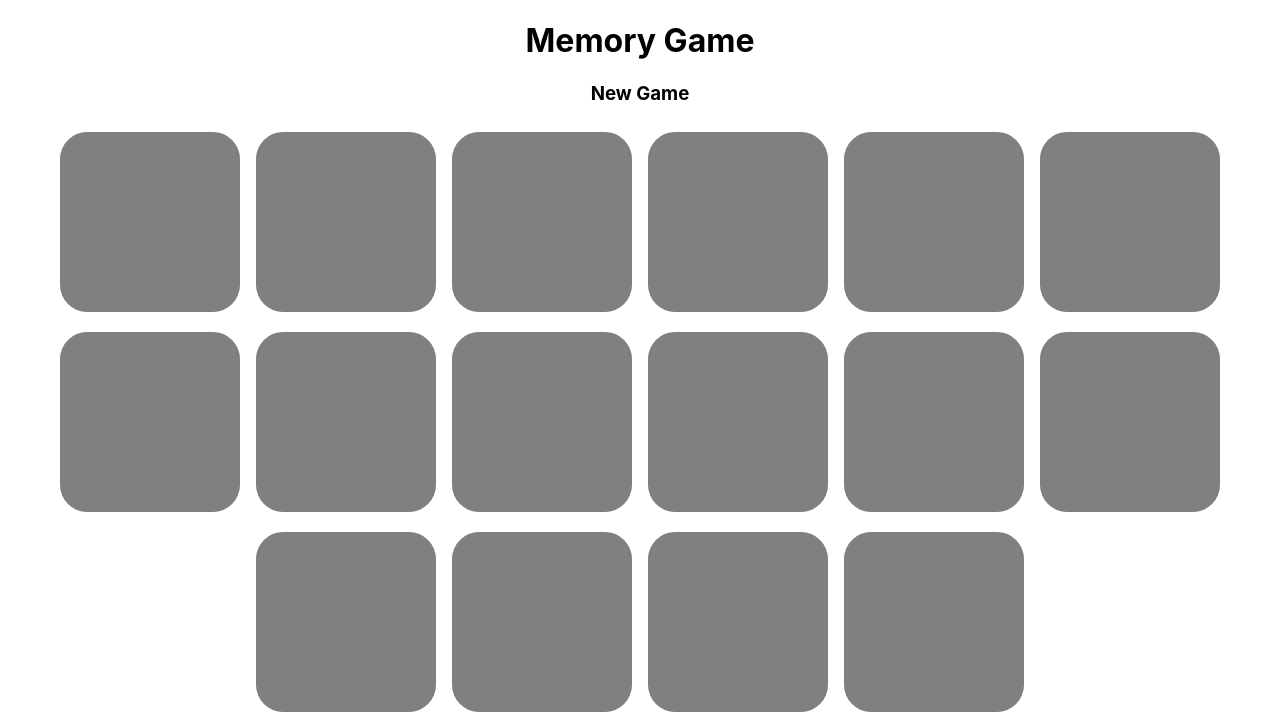
Repository: sokafootball/memory_game
Page: /
An editor plug-in stored every save of this project. The page is shown before and after the next save, followed by the edit.
The browser window is 1280 px wide. The pictures show the whole page.
The project was rebuilt for these pictures with package versions that can differ from the ones it lists, and the page was loaded fresh each time. Also part of the build but not shown: src/Game.js.

Above is the page before, as saved 2019-01-21 11:39:27.

### src/App.js
import React, { Component } from 'react';
import './App.css';
import {Game} from './Game'
import {Navbar} from './Navbar'

class App extends Component {
  constructor(props) {
    super(props)
    this.state = {
      cards: [
        {id: 0, color: 'red', status: 'hidden'},
        {id: 1, color: 'red', status: 'hidden'},
        {id: 2, color: 'blue', status: 'hidden'},
        {id: 3, color: 'blue', status: 'hidden'},
        {id: 4, color: 'yellow', status: 'hidden'},
        {id: 5, color: 'yellow', status: 'hidden'},
        {id: 6, color: 'black', status: 'hidden'},
        {id: 7, color: 'black', status: 'hidden'},
        {id: 8, color: 'pink', status: 'hidden'},
        {id: 9, color: 'pink', status: 'hidden'},
        {id: 10, color: 'green', status: 'hidden'},
        {id: 11, color: 'green', status: 'hidden'},
        {id: 12, color: 'orange', status: 'hidden'},
        {id: 13, color: 'orange', status: 'hidden'},
        {id: 14, color: 'purple', status: 'hidden'},
        {id: 15, color: 'purple', status: 'hidden'}
      ],
      showingCards: 0
    }
    this.handleCardClick = this.handleCardClick.bind(this)
    this.newGame = this.newGame.bind(this)
    setTimeout(this.shuffleCards, 50)
  }

  countShowingCards = () => {
    console.log('countShowingCards called')
    let showingCards = 0
    this.state.cards.forEach(card => {if(card.status === 'showing')showingCards++})
    this.setState({showingCards}, () => {
      console.log(this.state.showingCards)
      if(this.state.showingCards === 2){
        this.compareCards()
      }
    })
  }

  showCard = (clickedCard, id) => {
    console.log('showCard called')
    if(clickedCard.status === 'hidden' && this.state.showingCards < 2){
      clickedCard.status = 'showing'
      let newCards = this.state.cards.slice()
      newCards = newCards.map(card => (card.id === id ? clickedCard : card))
      this.setState({cards: newCards}, this.countShowingCards)
      }
    }

  handleCardClick = (id) => {
    console.log('button clicked')
    const clickedCard = this.state.cards.filter((card) => card.id === id)[0]
    this.showCard(clickedCard, id)
  }

  compareCards = () => {
    console.log('compareCards called')
    let comparedCards = this.state.cards.filter((card) => card.status === 'showing')
    const isMatch = comparedCards[0].color === comparedCards[1].color
    setTimeout(() => {
      comparedCards.forEach(card => {isMatch ? card.status = 'matched' : card.status = 'hidden'})
      let newCards = this.state.cards.slice()
      newCards = newCards.map(newCard => {
        if(comparedCards.some(card => card.id === newCard.id)){
          isMatch ? newCard.status = 'matched' : newCard.status = 'hidden'
        }
        return newCard
      })
      this.setState({newCards, showingCards:0})
    }, 1000)
  }

  shuffleCards = () => {
    console.log('ShuffleCards called')
    let myCards = this.state.cards.slice()
    for (let i = myCards.length - 1; i > 0; i--) {
        const j = Math.floor(Math.random() * (i + 1));
        [myCards[i], myCards[j]] = [myCards[j], myCards[i]];
    }
    this.setState({cards: myCards}, console.log(this.state.cards))
  }

  newGame = () => {
    //shuffle cards
    setTimeout(this.shuffleCards, 50)    //set all cards to hidden and showing cards to 0
    let myCards = this.state.cards.slice()
    myCards.forEach(card => card.status = 'hidden')
    this.setState({cards: myCards, showingCards: 0})
  }

  render() {
    return (
      <div className="App">
        <Navbar
        newGame={this.newGame}
        />
        <Game
        cards={this.state.cards}
        handleCardClick={this.handleCardClick}
        />
      </div>
    );
  }
}

export default App;

### src/Navbar.js
import React from 'react'
import './Navbar.css'
import PropTypes from 'prop-types'

const Navbar = (props) => {
    return (
      <div className='mainBar'>
        <h1>Memory Game</h1>
        <h3 onClick={props.newGame}>New Game</h3>
      </div>
    )
}

Navbar.defaultProps = {
  newGame: () => {console.log('from Navbar: newGame function not provided')}
}

Navbar.propTypes = {
  newGame: PropTypes.func.isRequired
}

export {Navbar}

### src/Card.js
import React from 'react'
import PropTypes from 'prop-types'
import './Card.css'

const Card = (props) => {

if(props.status !== 'hidden'){
  var style = {
    backgroundColor: props.color
  }
}

  return (
    <div className="card" style={style}></div>
  )
}

Card.defaultProps = {
  color: 'grey'
}

Card.propTypes = {
  color: PropTypes.string
}

export {Card}

### src/Navbar.css
h3 {
  cursor: pointer;
}

.na

### src/Card.css
.card {
  margin: 8px;
  width: 180px;
  height: 180px;
  display: inline-block;
  background: grey;
  border-radius: 15%;
  transition: background 1s;
}

Loaded but not shown: public/index.html (common file); src/index.js (common file); src/index.css (common file); src/serviceWorker.js (common file); src/App.css (common file)

After the next save:
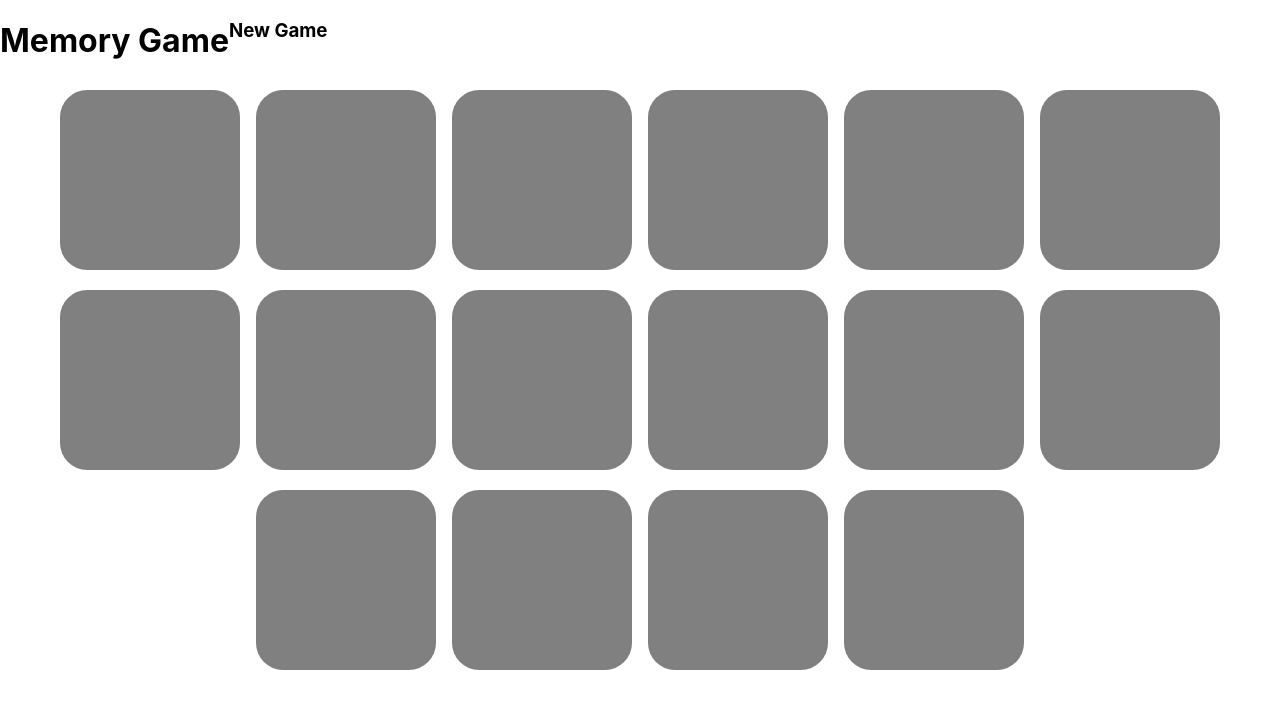
Saved 7 s later.
--- a/src/Navbar.css
+++ b/src/Navbar.css
@@ -2,4 +2,6 @@ h3 {
   cursor: pointer;
 }
 
-.na
+.mainBar {
+  display: flex;
+}
